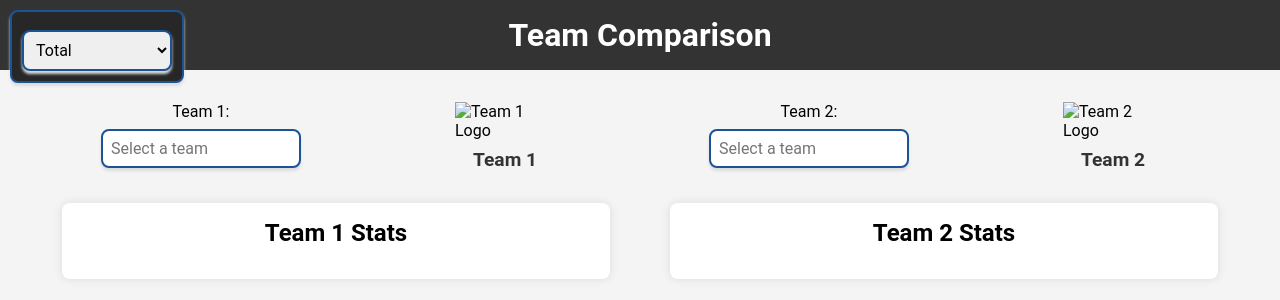
Repository: Enzo-py/dataviz-project-m1
Page: team_comparison.html
An editor plug-in stored every save of this project. The page is shown before and after the next save, followed by the edit.
The browser window is 1280 px wide. The pictures show the whole page.
Some web fonts or font styles are not loaded; a fallback is used.

Above is the page before, as saved 2024-12-16 21:41:19.

### team_comparison.html
<!DOCTYPE html>
<html lang="en">
<head>
    <meta charset="UTF-8">
    <meta name="viewport" content="width=device-width, initial-scale=1.0">
    <title>Team Comparison</title>
    <script type="text/javascript" src="js/d3.v7.min.js"></script>
    <script type="text/javascript" src="js/team_comparison.js"></script>

    <link rel="stylesheet" href="css/global.css">
    <link rel="stylesheet" href="css/team_comparison.css">

    <link rel="preload" href="https://fonts.googleapis.com/css2?family=Material+Symbols+Outlined:opsz,wght,FILL,GRAD@20..48,100..700,0..1,-50..200&" as="style" onload="this.onload=null;this.rel='stylesheet'">
</head>
<body>
    <!-- Place the season selector at the top left corner -->
    <div class="season">
        <label for="season"></label>
        <select id="season">
            <option value="total">Total</option>
            <option value="2021-2022">2021-2022</option>
            <option value="2022-2023">2022-2023</option>
            <option value="2023-2024">2023-2024</option>
        </select>
    </div>

    <header>
        <h1>Team Comparison</h1>
    </header>
    <main>
        <!-- Move the team-selection above the team stats -->
        <div class="team-selection">
            <div class="team">
                <label for="team1">Team 1:</label>
                <input type="text" id="team1" list="teams" placeholder="Select a team">
            </div>
            <div class="team-logo-name">
                <img id="team1-logo" src="" alt="Team 1 Logo">
                <h2 id="team1-name">Team 1</h2>
            </div>
            <div class="team">
                <label for="team2">Team 2:</label>
                <input type="text" id="team2" list="teams" placeholder="Select a team">
            </div>
            <div class="team-logo-name">
                <img id="team2-logo" src="" alt="Team 2 Logo">
                <h2 id="team2-name">Team 2</h2>
            </div>
            <datalist id="teams">
                <!-- Options will be populated dynamically -->
            </datalist>
        </div>

        <section class="comparison-results">
            <div class="team-stats" id="team1-stats">
                <h2>Team 1 Stats</h2>
                <!-- Stats will be populated dynamically -->
            </div>
            <div class="team-stats" id="team2-stats">
                <h2>Team 2 Stats</h2>
                <!-- Stats will be populated dynamically -->
            </div>
        </section>
    </main>
</body>
</html>

### js/team_comparison.js
document.addEventListener("DOMContentLoaded", function() {
    const teams = ["Team A", "Team B", "Team C", "Team D"]; // Example teams, replace with actual data

    const datalist = document.getElementById("teams");
    teams.forEach(team => {
        const option = document.createElement("option");
        option.value = team;
        datalist.appendChild(option);
    });

    const urlParams = new URLSearchParams(window.location.search);
    const team1Param = urlParams.get('team1');
    const teamParam = urlParams.get('club');

    if (team1Param) {
        document.getElementById("team1").value = team1Param;
        updateTeamInfo("team1", team1Param);
    }

    if (teamParam) {
        const teamInput = document.getElementById("team1");
        teamInput.value = teamParam;
        // Update the page to load data for the selected team
        updateTeamsList();
        updateStats();
    }

    document.getElementById("team1").addEventListener("change", updateStats);
    document.getElementById("team2").addEventListener("change", updateStats);
    document.getElementById("season").addEventListener("change", updateStats);

    function updateStats() {
        const team1 = document.getElementById("team1").value;
        const team2 = document.getElementById("team2").value;
        const season = document.getElementById("season").value;

        if (team1) {
            document.getElementById("team1-stats").innerHTML = `<h2>${team1} Stats (${season})</h2><p>Stats for ${team1} in ${season} will be displayed here.</p>`;
            updateTeamInfo("team1", team1);
        }

        if (team2) {
            document.getElementById("team2-stats").innerHTML = `<h2>${team2} Stats (${season})</h2><p>Stats for ${team2} in ${season} will be displayed here.</p>`;
            updateTeamInfo("team2", team2);
        }

        if (team1 && team2) {
            compareTeams(team1, team2, season);
        }
    }

    function updateTeamInfo(teamId, teamName) {
        const logoUrl = getTeamLogo(teamName); // Replace with actual logic to get the logo URL
        document.getElementById(`${teamId}-logo`).src = logoUrl;
        document.getElementById(`${teamId}-name`).textContent = teamName;
    }

    function getTeamLogo(teamName) {
        // Replace with actual logic to get the logo URL
        return "https://via.placeholder.com/150";
    }

    function compareTeams(team1, team2, season) {
        // Fetch and compare stats for team1 and team2
        const team1Stats = getTeamStats(team1, season);
        const team2Stats = getTeamStats(team2, season);

        const comparisonMetrics = [
            "wins", "losses", "draws", "goals_scored", "goals_conceded", "clean_sheets", "average_possession"
        ];

        let comparisonHtml = "<table><thead><tr><th>Metric</th><th>Team 1</th><th>Team 2</th></tr></thead><tbody>";

        comparisonMetrics.forEach(metric => {
            const team1Value = team1Stats[metric] || 0;
            const team2Value = team2Stats[metric] || 0;
            const highlightClass = team1Value > team2Value ? "highlight-team1" : team2Value > team1Value ? "highlight-team2" : "";

            comparisonHtml += `<tr class="${highlightClass}"><td>${metric}</td><td>${team1Value}</td><td>${team2Value}</td></tr>`;
        });

        comparisonHtml += "</tbody></table>";

        document.getElementById("team1-stats").innerHTML += comparisonHtml;
        document.getElementById("team2-stats").innerHTML += comparisonHtml;
    }

    function getTeamStats(team, season) {
        // Fetch team stats based on the team name and season
        // This is a placeholder function, replace with actual data fetching logic
        return {
            wins: Math.floor(Math.random() * 30),
            losses: Math.floor(Math.random() * 30),
            draws: Math.floor(Math.random() * 30),
            goals_scored: Math.floor(Math.random() * 100),
            goals_conceded: Math.floor(Math.random() * 100),
            clean_sheets: Math.floor(Math.random() * 20),
            average_possession: Math.floor(Math.random() * 100)
        };
    }
});

### css/global.css
:root {
    --secondary-color: #1a5396;
    --background-color: #282727;
    --shadow-color: #dcdcdc;

    --second-background-color: #181919;

    --text-light-color: #737373;
    --text-white-color: #d3d3d3;
    --table-color: #1a5396;
    --table-background-color: #F5F5F5;

    --sea-background: linear-gradient(90deg, rgb(36 55 101) 10%, #30679f 100%);
    --earth-color: #fff;

    --danger-color: #af2c35;
    --success-color: #2c9f2c;
    --toggle-background: #f0f0f0;
    --toggle-border: #ccc;
    --toggle-active: #fdfdfd;

    --selected-color: #367f32;
    --selected-text-color: #143c11;
}

body, body * {
    margin: 0;
    padding: 0;
    box-sizing: border-box;
    font-family: 'Roboto', sans-serif;
}

.toast {
    position: fixed;
    bottom: 0;
    right: 0;
    z-index: 9999;
    padding: 10px;
    margin: 10px;
    border-radius: 5px;
    background-color: var(--background-color);
    box-shadow: 0 0 10px var(--shadow-color);
    color: var(--text-light-color);
}

.search-blob {
    width: 300px;
    display: flex;
    flex-direction: row;
    justify-content: space-between;
    align-items: center;
    border: solid 2px var(--secondary-color);
    background-color: var(--second-background-color);
    padding: 6px;
    border-radius: 8px;
    color: var(--secondary-color);
    margin: 10px;
}

.search-blob input {
    border: none !important;
    background: none !important;
    width: 100%;
    font-size: 1rem;
    padding: 2px;
    margin: 0;
    outline: none !important;
    color: var(--text-white-color);
}

/* shake animation */
@keyframes shake {
    0%, 100% {
        transform: translateX(0);
    }
    10%, 30%, 50%, 70%, 90% {
        transform: translateX(-10px);
    }
    20%, 40%, 60%, 80% {
        transform: translateX(10px);
    }
}

.search-blob:has(input.not-found) {
    color: var(--danger-color);
    border-color: var(--danger-color);
    animation: shake 0.5s;
}

.search-blob input.not-found {
    color: var(--danger-color);
}

.search-blob:has(input.found) {
    color: var(--success-color);
    border-color: var(--success-color);
}

.search-blob input.found {
    color: var(--success-color);
}

.search-blob span {
    transition: transform 0.2s;
    cursor: pointer;
}

.search-blob span:hover {
    transform: scale(1.1);
}

### css/team_comparison.css
body {
    font-family: Arial, sans-serif;
    margin: 0;
    padding: 0;
    background-color: #f4f4f4;
}

header {
    background-color: #333;
    color: #fff;
    text-align: center;
    padding: 1rem 0;
}

main {
    padding: 2rem;
}

menu.team-selection {
    display: flex;
    justify-content: space-around;
    margin-bottom: 2rem;
    background-color: var(--background-color);
    border: solid 2px var(--secondary-color);
    padding: 10px;
    border-radius: 8px;
    box-shadow: 0 3px 3px 0 var(--shadow-color);
}

.team {
    display: flex;
    flex-direction: column;
    align-items: center;
}

.team label {
    margin-bottom: 0.5rem;
}

.team input {
    padding: 0.5rem;
    font-size: 1rem;
    width: 200px;
    border: solid 2px var(--secondary-color);
    border-radius: 8px;
    box-shadow: 0 3px 3px 0 var(--shadow-color);
}

.team-logo-name {
    display: flex;
    flex-direction: column;
    align-items: center;
    margin: 0 1rem;
}

.team-logo-name img {
    width: 100px;
    height: auto;
    margin-bottom: 0.5rem;
}

.team-logo-name h2 {
    margin: 0;
    font-size: 1.2em;
    color: #333;
}

.comparison-results {
    display: flex;
    justify-content: space-around;
}

.team-stats {
    background-color: #fff;
    padding: 1rem;
    border-radius: 8px;
    box-shadow: 0 0 10px rgba(0, 0, 0, 0.1);
    width: 45%;
}

.team-stats h2 {
    text-align: center;
    margin-bottom: 1rem;
}

/* Position the season selector in the top left corner */
.season {
    position: fixed;
    top: 10px;
    left: 10px;
    background-color: var(--background-color);
    border: solid 2px var(--secondary-color);
    padding: 10px;
    border-radius: 8px;
    box-shadow: 0 3px 3px 0 var(--shadow-color);
    display: flex;
    flex-direction: column;
    align-items: center;
}

.season label {
    margin-bottom: 0.5rem;
}

.season select {
    padding: 0.5rem;
    font-size: 1rem;
    width: 150px;
    border: solid 2px var(--secondary-color);
    border-radius: 8px;
    box-shadow: 0 3px 3px 0 var(--shadow-color);
}

/* Style the team-selection div */
.team-selection {
    display: flex;
    justify-content: space-around;
    margin-bottom: 2rem;
    /* Remove background and borders if not needed */
    background-color: transparent;
    border: none;
    padding: 0;
    border-radius: 0;
    box-shadow: none;
}

/* Highlight styles for best stats */
.highlight-team1 {
    background-color: #d4edda; /* Light green */
}

.highlight-team2 {
    background-color: #f8d7da; /* Light red */
}

Loaded but not shown: js/d3.v7.min.js (library)

After the next save:
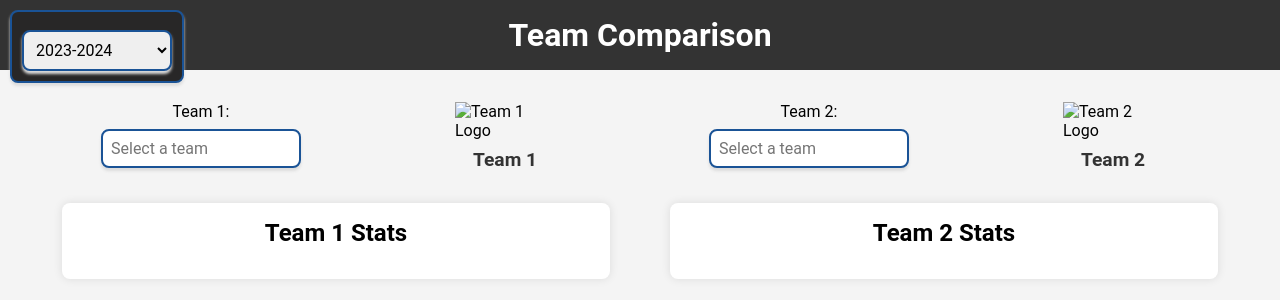
Saved 11 h 39 min later.
--- a/team_comparison.html
+++ b/team_comparison.html
@@ -17,10 +17,10 @@
     <div class="season">
         <label for="season"></label>
         <select id="season">
-            <option value="total">Total</option>
+            <option value="All Seasons">All Seasons</option>
             <option value="2021-2022">2021-2022</option>
             <option value="2022-2023">2022-2023</option>
-            <option value="2023-2024">2023-2024</option>
+            <option value="2023-2024"selected>2023-2024</option>
         </select>
     </div>
 
